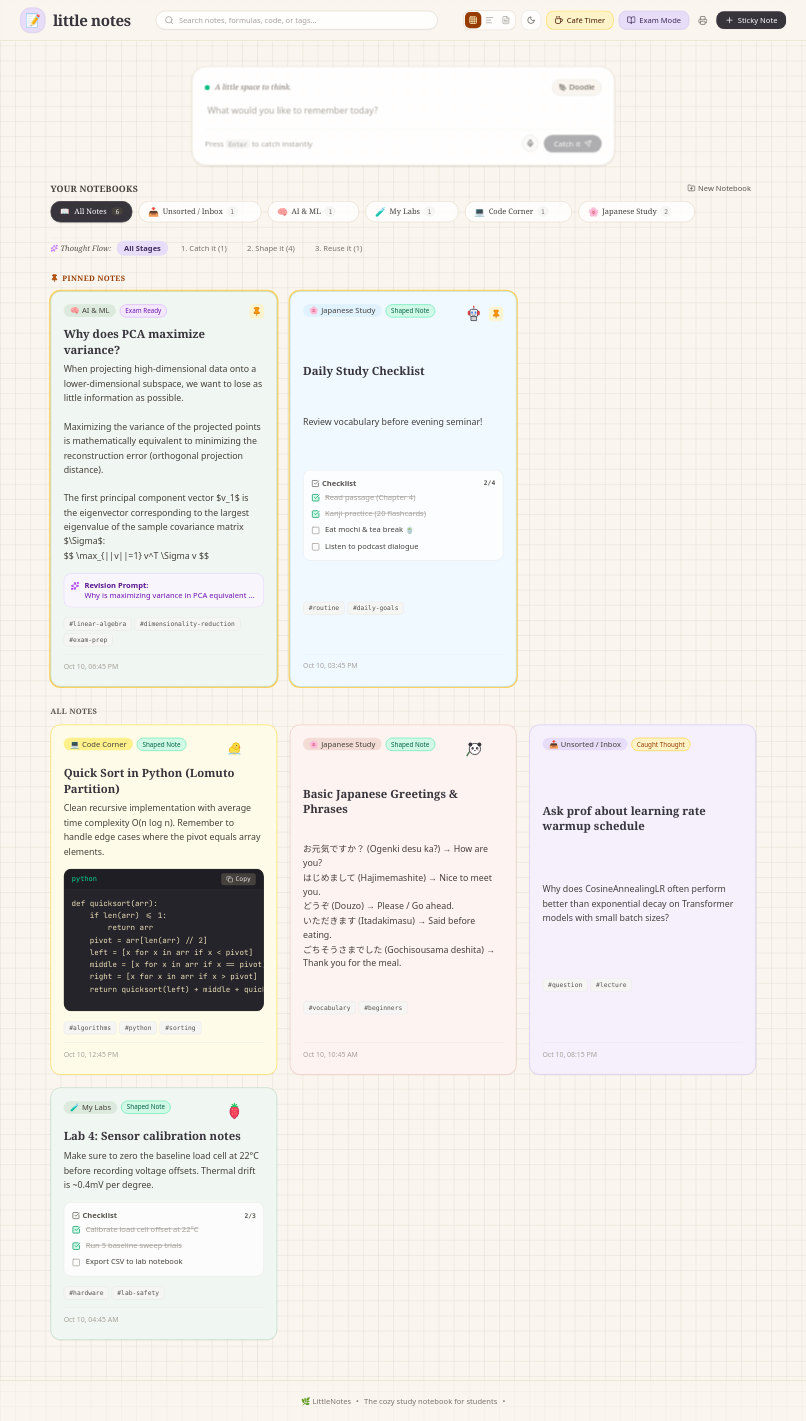
Repository: NourImen-cloud/LittleNotes
Page: /
An editor plug-in stored every save of this project. The page is shown before and after the next save, followed by the edit.
The browser window is 1280 px wide. The pictures show the whole page, at 63% of full size.
Some web fonts or font styles are not loaded; a fallback is used. The project was rebuilt for these pictures with package versions that can differ from the ones it lists, and the page was loaded fresh each time. Also part of the build but not shown: vite.config.ts, src/components/StickyNotePickerModal.tsx, src/components/EditNoteModal.tsx, src/components/RevisionModal.tsx, src/utils/audio.ts, src/components/StudyTimerModal.tsx, src/components/DoodleCanvasModal.tsx.

Above is the page before, as saved 2026-10-11 16:18:15.

After the next save:
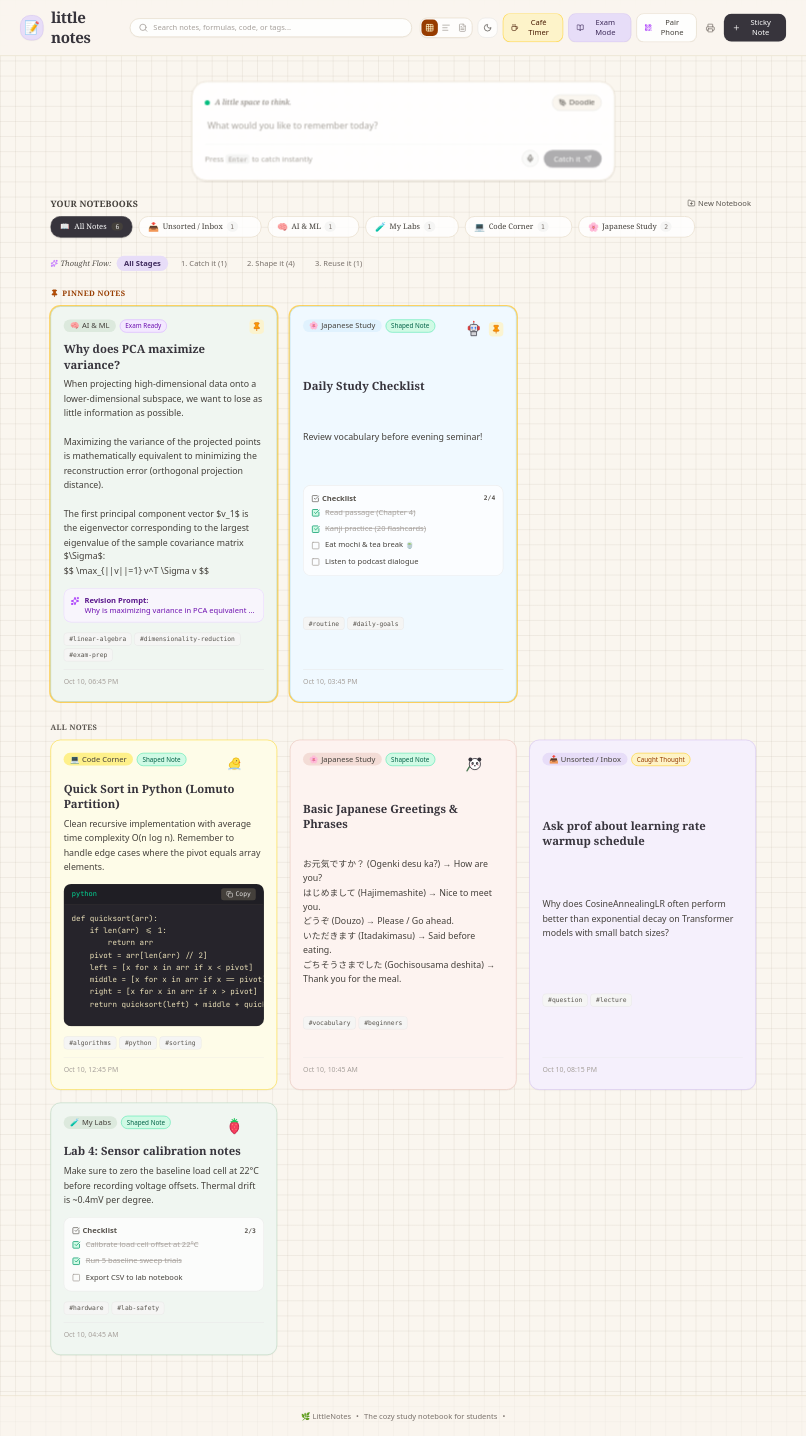
Saved 14 min 48 s later.
--- a/src/components/Header.tsx
+++ b/src/components/Header.tsx
@@ -12,6 +12,7 @@ import {
   Moon,
   Sun,
   Printer,
+  QrCode,
 } from 'lucide-react';
 
 interface Props {
@@ -24,6 +25,8 @@ interface Props {
   onOpenTemplates: () => void;
   onOpenRevision: () => void;
   onOpenTimer: () => void;
+  onOpenSync: () => void;
+  isPaired: boolean;
   onPrintGuide: () => void;
   onExportNotes: () => void;
   onImportNotes: () => void;
@@ -39,6 +42,8 @@ export const Header: React.FC<Props> = ({
   onOpenTemplates,
   onOpenRevision,
   onOpenTimer,
+  onOpenSync,
+  isPaired,
   onPrintGuide,
   onExportNotes,
   onImportNotes,
@@ -62,6 +67,17 @@ export const Header: React.FC<Props> = ({
           {/* Mobile Action Buttons */}
           <div className="flex items-center gap-1.5 md:hidden">
             <button
+              onClick={onOpenSync}
+              className={`p-2 rounded-xl border transition ${
+                isPaired
+                  ? 'bg-emerald-100 text-emerald-800 border-emerald-300'
+                  : 'bg-purple-100 text-purple-900 border-purple-200'
+              }`}
+              title="Device Sync / QR Code"
+            >
+              <QrCode size={16} />
+            </button>
+            <button
               onClick={onOpenTimer}
               className="p-2 rounded-xl bg-amber-100 text-amber-900"
               title="Study Timer"
@@ -170,6 +186,22 @@ export const Header: React.FC<Props> = ({
             <span className="hidden sm:inline">Exam Mode</span>
           </button>
 
+          {/* Device Sync & QR Pairing */}
+          <button
+            onClick={onOpenSync}
+            className={`flex items-center gap-1.5 px-3 py-1.5 rounded-xl text-xs font-medium border transition shadow-2xs cursor-pointer ${
+              isPaired
+                ? 'bg-emerald-50 text-emerald-800 border-emerald-300 hover:bg-emerald-100'
+                : 'bg-white/90 text-stone-700 border-[#E4D9C7] hover:bg-white'
+            }`}
+            title="Sync Phone & PC via QR Code"
+          >
+            <QrCode size={14} className={isPaired ? 'text-emerald-600' : 'text-purple-600'} />
+            <span className="hidden sm:inline">{isPaired ? 'Device Synced' : 'Pair Phone'}</span>
+          </button>
+
+
+
           {/* Printable Cheat Sheet */}
           <button
             onClick={onPrintGuide}
